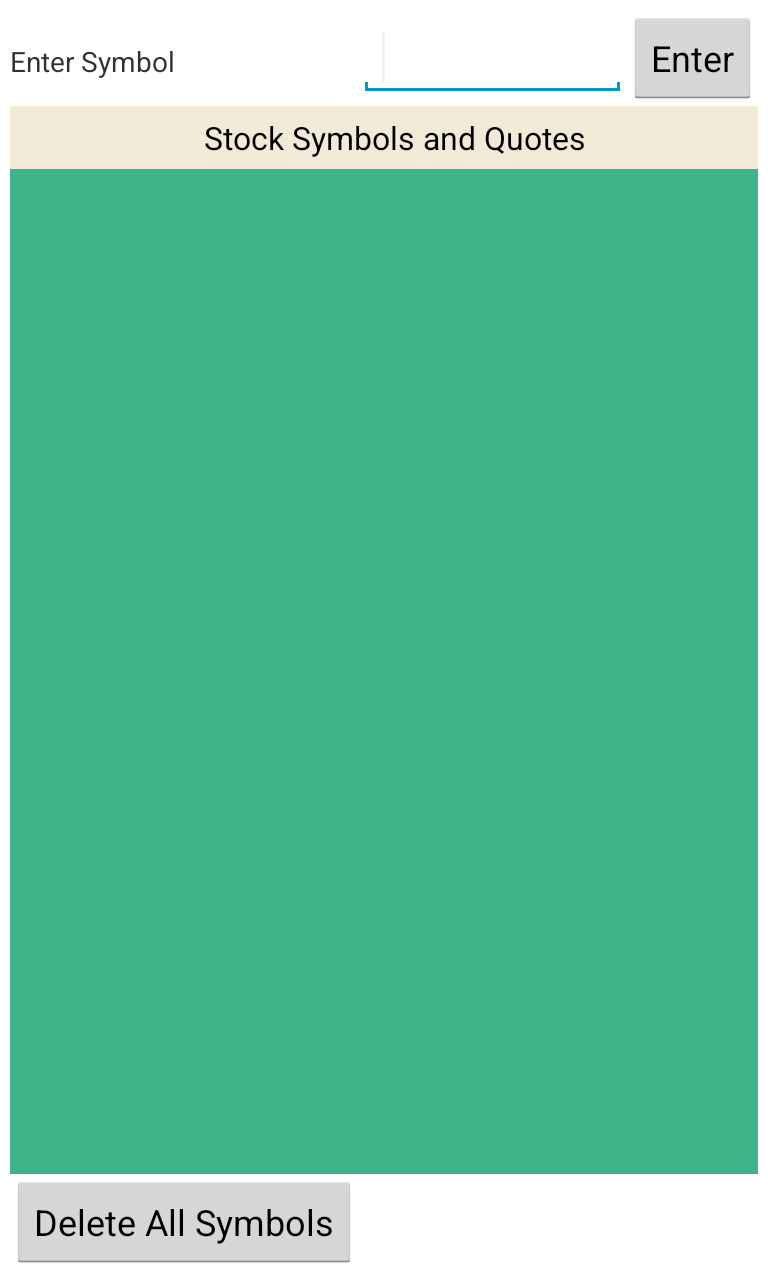
Repository: almeiduh/AndroidApps
Layout: StockQuote/res/layout/activity_main.xml
An editor plug-in stored every save of this project. The layout is shown before and after the next save, followed by the edit.
It is drawn on a 768 x 1280 px phone screen (xhdpi) without system bars, with theme AppTheme; the app's code is not run.

Above is the layout before, as saved 2014-02-05 00:17:07.

After the next save:
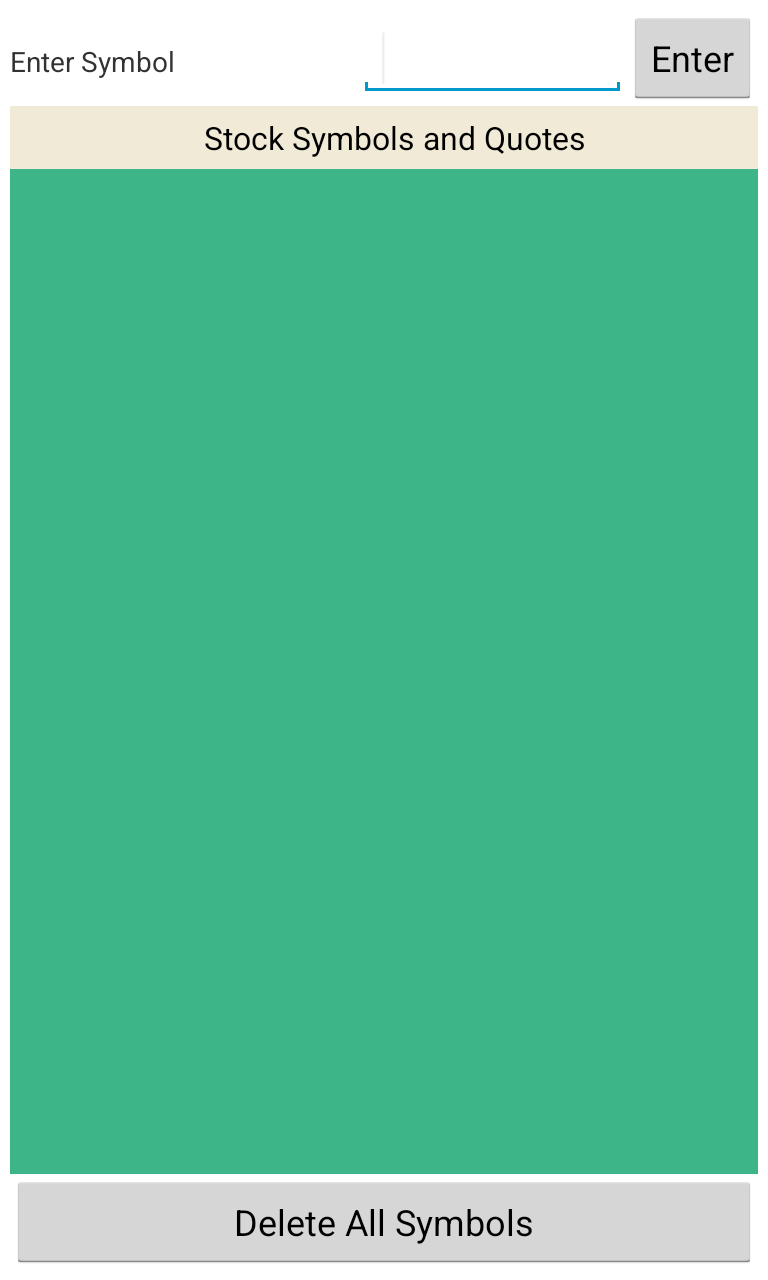
Saved 50 s later.
--- a/StockQuote/res/layout/activity_main.xml
+++ b/StockQuote/res/layout/activity_main.xml
@@ -92,7 +92,8 @@
             android:id="@+id/deleteTableButton"
             android:layout_width="wrap_content"
             android:layout_height="wrap_content"
-            android:text="@string/delete_all_symbols" />
+            android:text="@string/delete_all_symbols"
+            android:layout_weight="1" />
 
     </TableRow>
 
